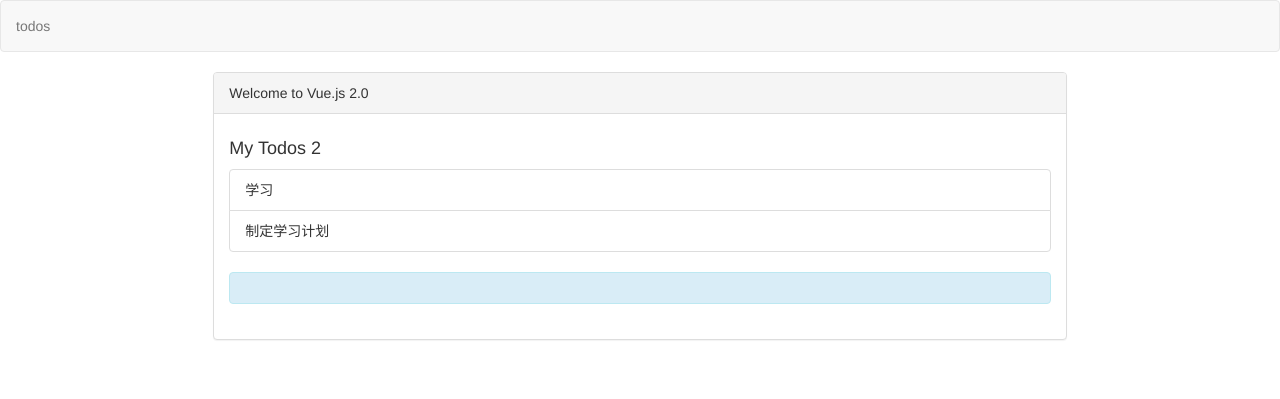
Repository: myr1111/todo
Page: Todoapp/index.html
An editor plug-in stored every save of this project. The page is shown before and after the next save, followed by the edit.
The browser window is 1280 px wide. The pictures show the whole page.

Above is the page before, as saved 2019-04-01 08:26:25.

### Todoapp/index.html
<!DOCTYPE html>
<html lang="en">
<head>
    <meta charset="UTF-8">
    <meta name="viewport" content="width=device-width, initial-scale=1.0">
    <meta http-equiv="X-UA-Compatible" content="ie=edge">
    <title>Document</title>
    <link rel="stylesheet" href="bootstrap.min.css">
    <script src="vue.min.js"></script>
</head>
<body>
    <nav class="navbar navbar-default">
        <p class="navbar-text">todos</p>
    </nav>
    <div id="app" class="container col-md-8 col-md-offset-2">
        <div class="row">
            <div class="panel panel-default">
                <div class=" panel-heading">Welcome to Vue.js 2.0</div>
                <div class="panel-body">
                    <h4>My Todos {{todosCount}}</h4>
                    <ul class="list-group">
                        <li class="list-group-item"
                            v-for="todo in todos"
                        >{{todo.title}}</li>
                    </ul>
                    <div class="alert alert-info"></div>
                </div>
            </div>
        </div>
    </div>
    <script>
        new Vue({
            el : "#app",
            data : {
                todos : [
                    {title : "学习"},
                    {title : "制定学习计划"}
                ]
            },
            computed: {
                todosCount(){
                    return this.todos.length;
                }
            },
        });

    </script>
</body>
</html>

Loaded but not shown: Todoapp/bootstrap.min.css (library); Todoapp/vue.min.js (library)

After the next save:
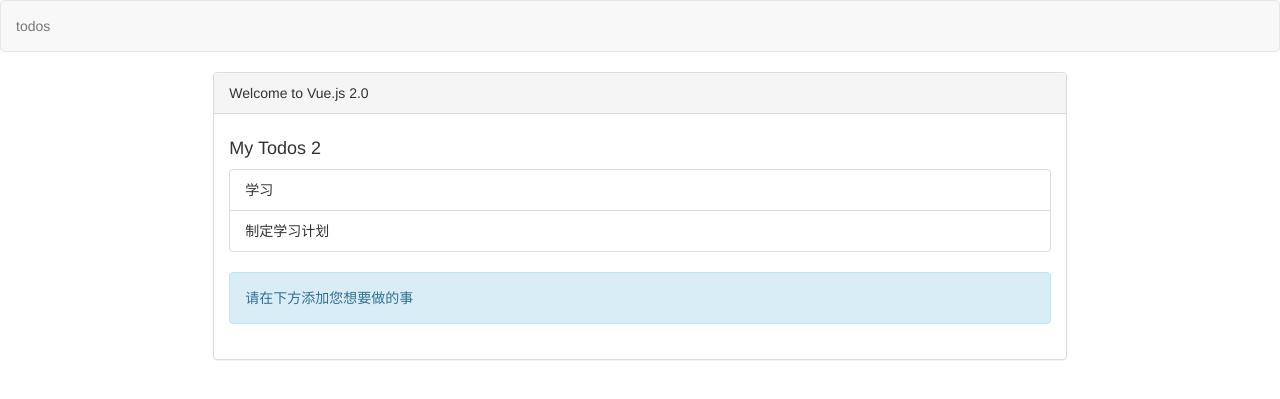
Saved 11 s later.
--- a/Todoapp/index.html
+++ b/Todoapp/index.html
@@ -23,7 +23,7 @@
                             v-for="todo in todos"
                         >{{todo.title}}</li>
                     </ul>
-                    <div class="alert alert-info"></div>
+                    <div class="alert alert-info">请在下方添加您想要做的事</div>
                 </div>
             </div>
         </div>
